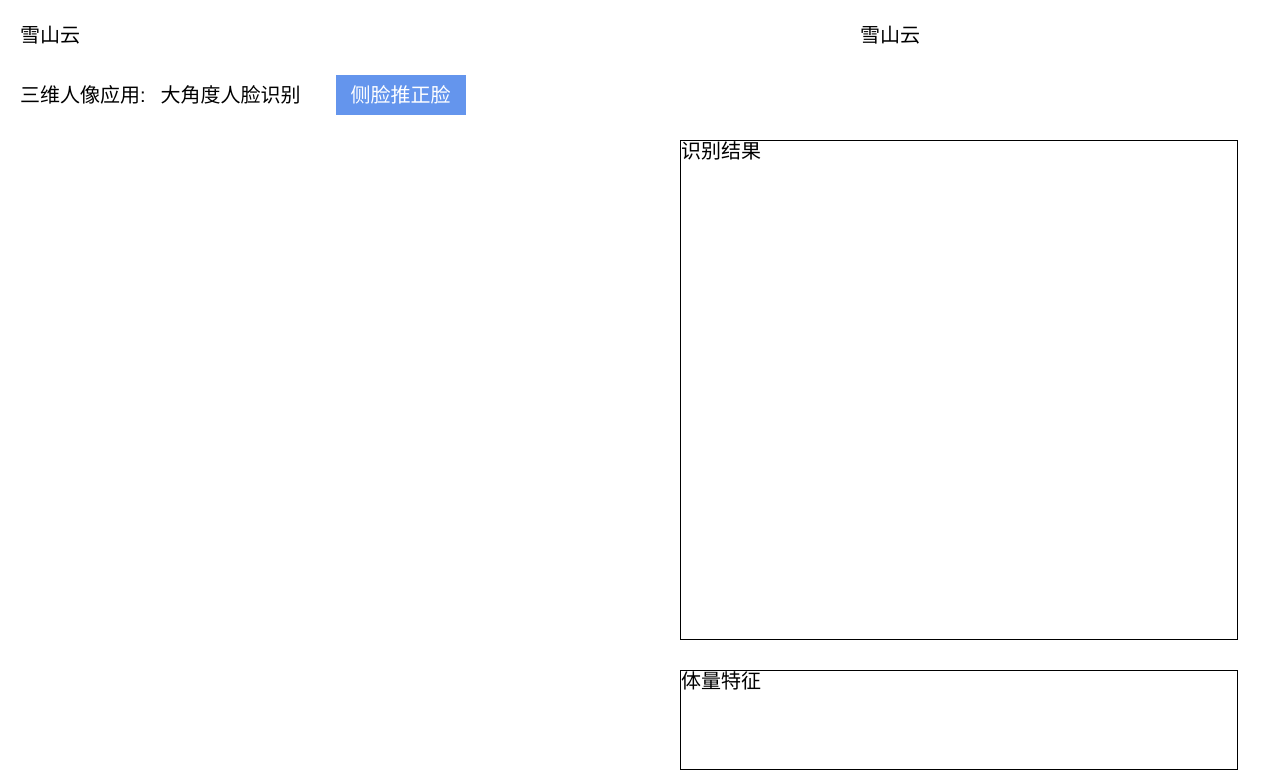
Repository: fyt2020/pubilcDemlo
Page: /#/face
These files come from the project's save history. The page is drawn as it stood at one moment and after a run of saves; the edit follows.
The browser window is 1280 px wide. The pictures show the whole page.
The project was rebuilt for these pictures with package versions that can differ from the ones it lists, and the page was loaded fresh each time.

Above is the page before, as saved 2020-04-28 10:02:49.

After the next 2 saves:
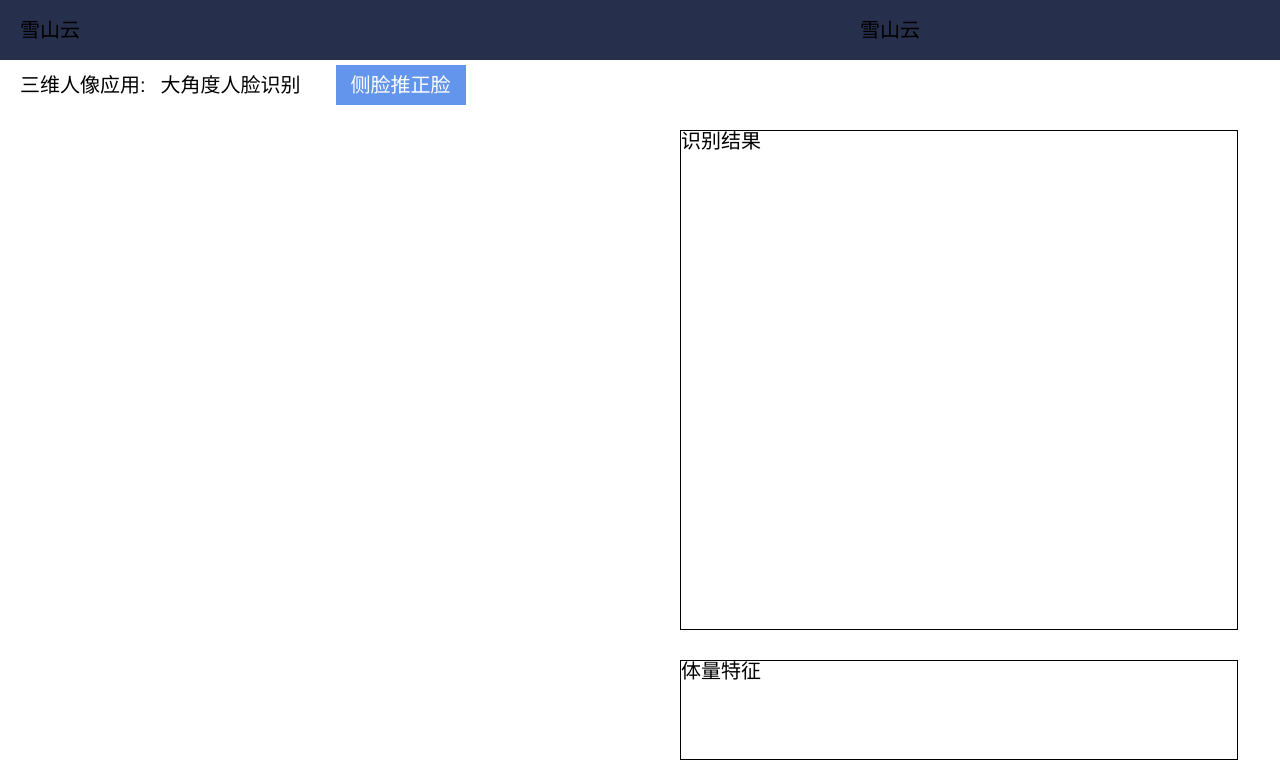
The 2 saves are shown as one change because they came seconds apart.
The last was saved 17 min 36 s later.
--- a/src/assets/css/home.scss
+++ b/src/assets/css/home.scss
@@ -5,7 +5,8 @@
     .header{
 
         width: 100%;
-        height: 70px;
+        height: 60px;
+        background-color: #262f4b;
         display: flex;
         align-items: center;
         justify-content: space-between;
